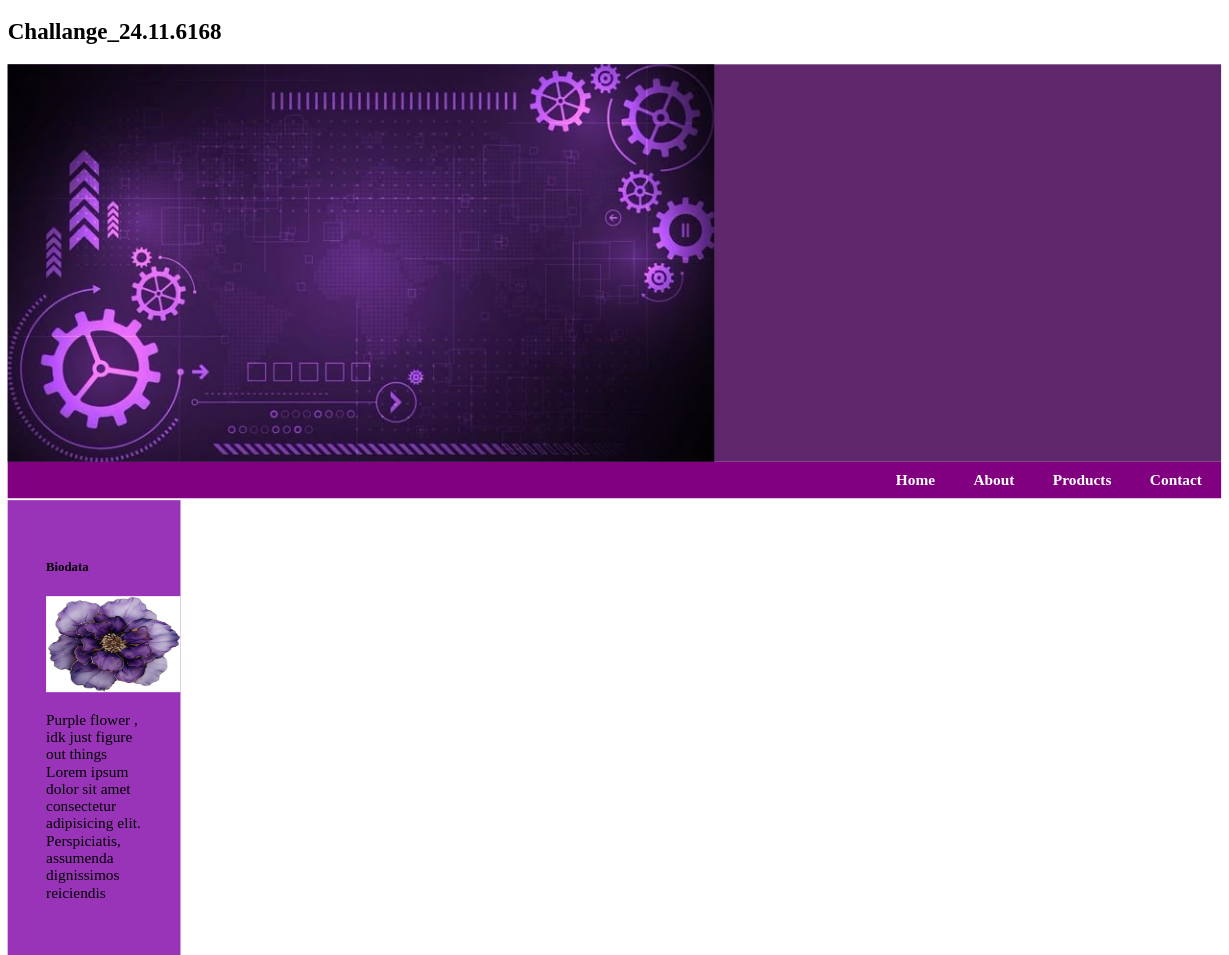
Repository: Ms-Ulfiyahrustam/p5_pemogramanweb
Page: index.html
An editor plug-in stored every save of this project. The page is shown before and after the next save, followed by the edit.
The browser window is 1280 px wide. The pictures show the whole page, at 96% of full size.

Above is the page before, as saved 2026-04-27 09:40:27.

After the next save:
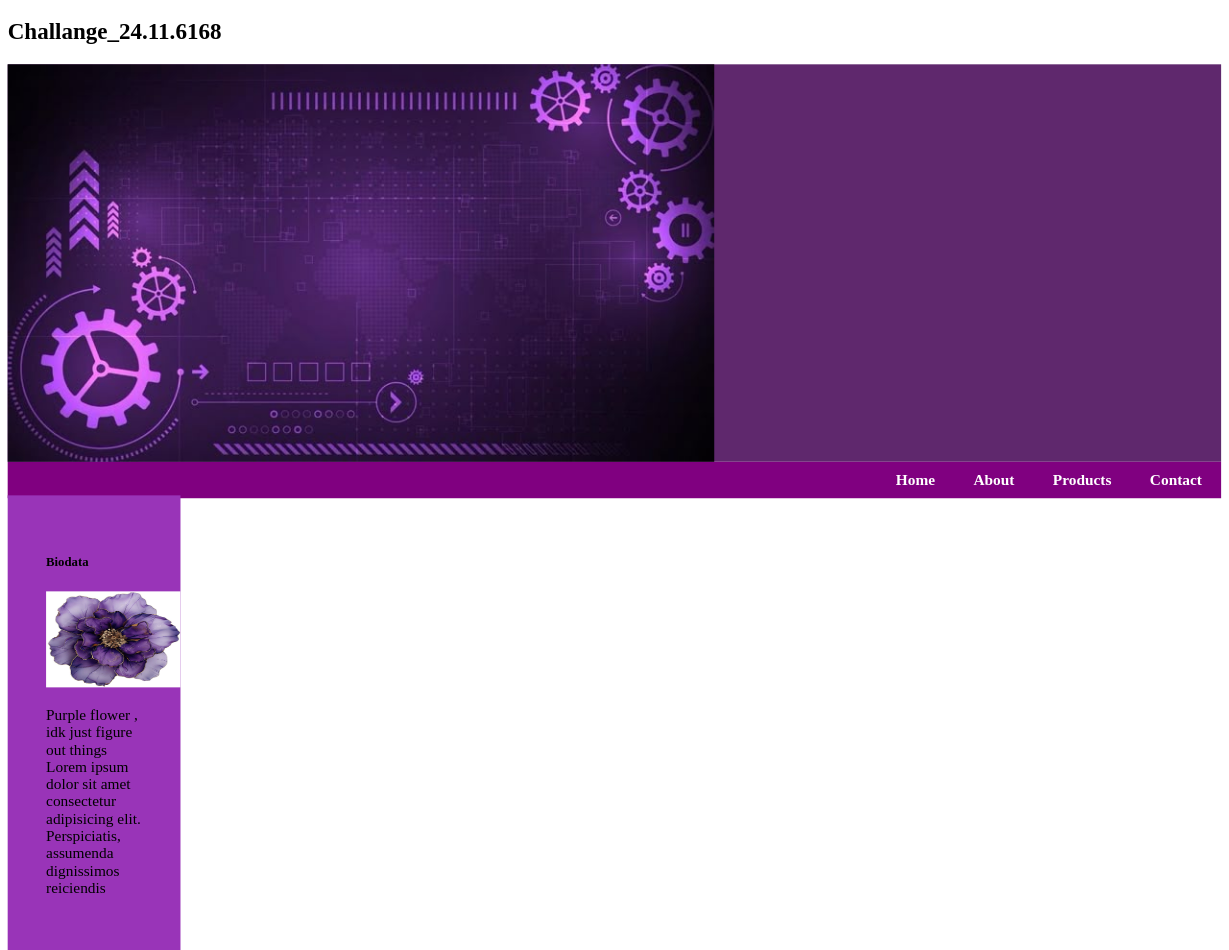
Saved 7 s later.
--- a/style.css
+++ b/style.css
@@ -10,7 +10,7 @@
 
     float:left;
     background-color: rgb(153, 52, 184);
-    margin-top: 40px;
+    margin-top: 35px;
     width:100px;
     height: 40%;
     padding: 40px;
